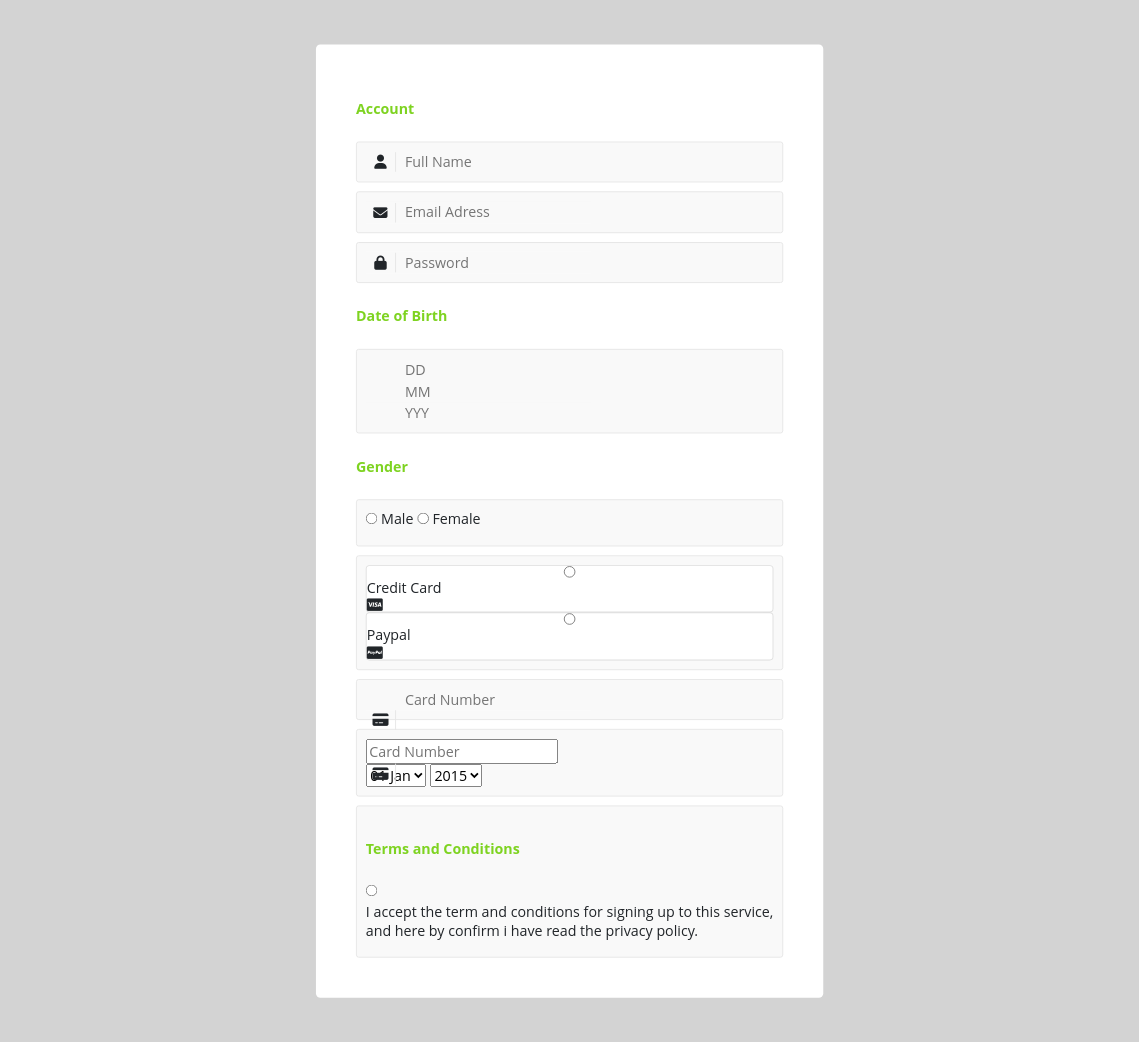
Repository: letrongtinh27/LapTrinhWeb
Page: Payment/index.html
An editor plug-in stored every save of this project. The page is shown before and after the next save, followed by the edit.
The browser window is 1280 px wide. The pictures show the whole page, at 89% of full size.

Above is the page before, as saved 2022-10-11 20:48:21.

After the next save:
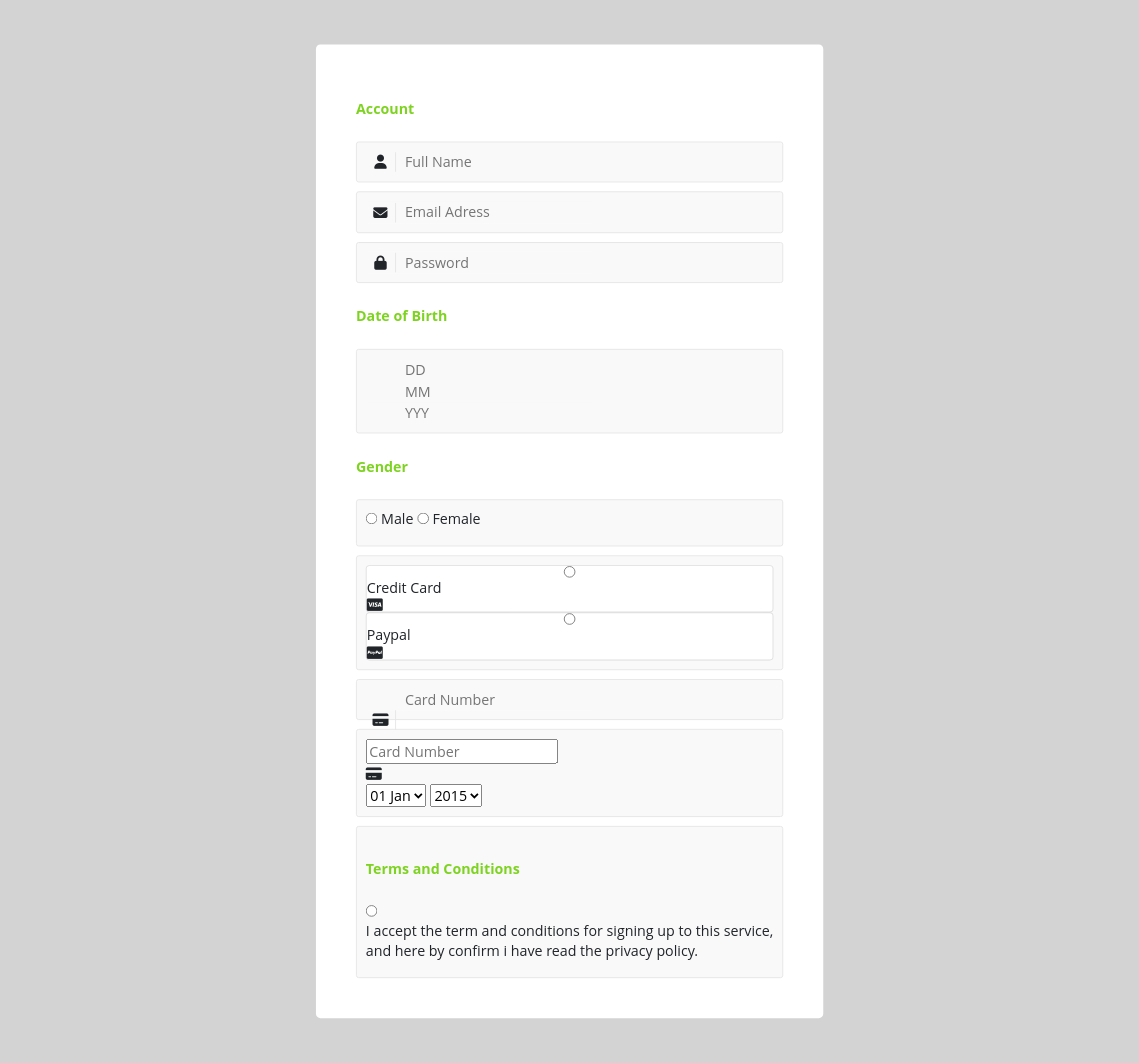
Saved 35 s later.
--- a/Payment/index.html
+++ b/Payment/index.html
@@ -71,7 +71,7 @@
                 <div class="form-item">
                    <div class="right">
                     <input type="text" placeholder="Card Number">
-                    <div class="icon icon-card">
+                    <div class="iconicon-card">
                         <i class="fa-solid fa-credit-card"></i>
                     </div>
                    </div>

After the save that followed:
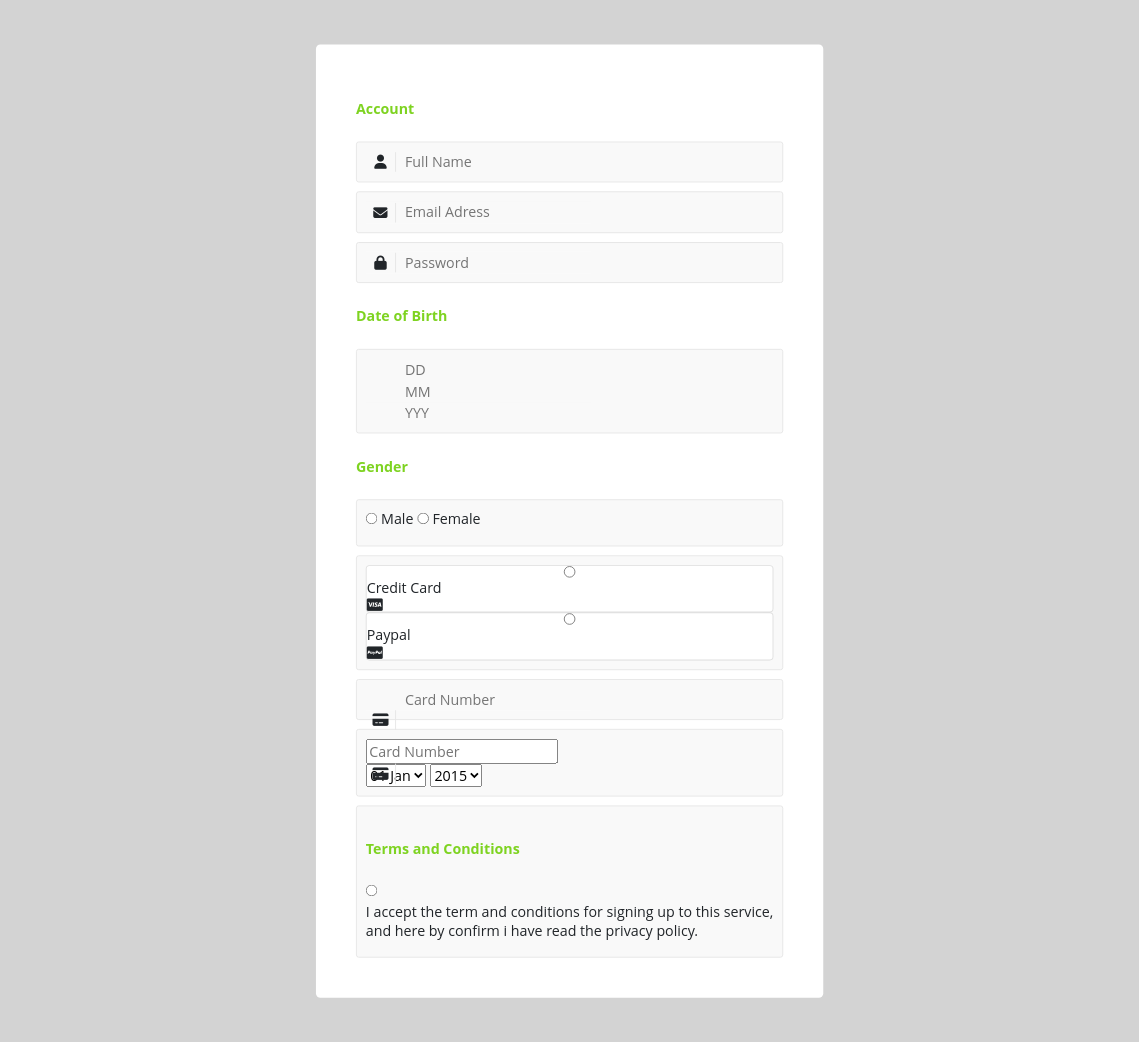
Saved 4 s later.
--- a/Payment/index.html
+++ b/Payment/index.html
@@ -71,7 +71,7 @@
                 <div class="form-item">
                    <div class="right">
                     <input type="text" placeholder="Card Number">
-                    <div class="iconicon-card">
+                    <div class="icon icon-card">
                         <i class="fa-solid fa-credit-card"></i>
                     </div>
                    </div>
